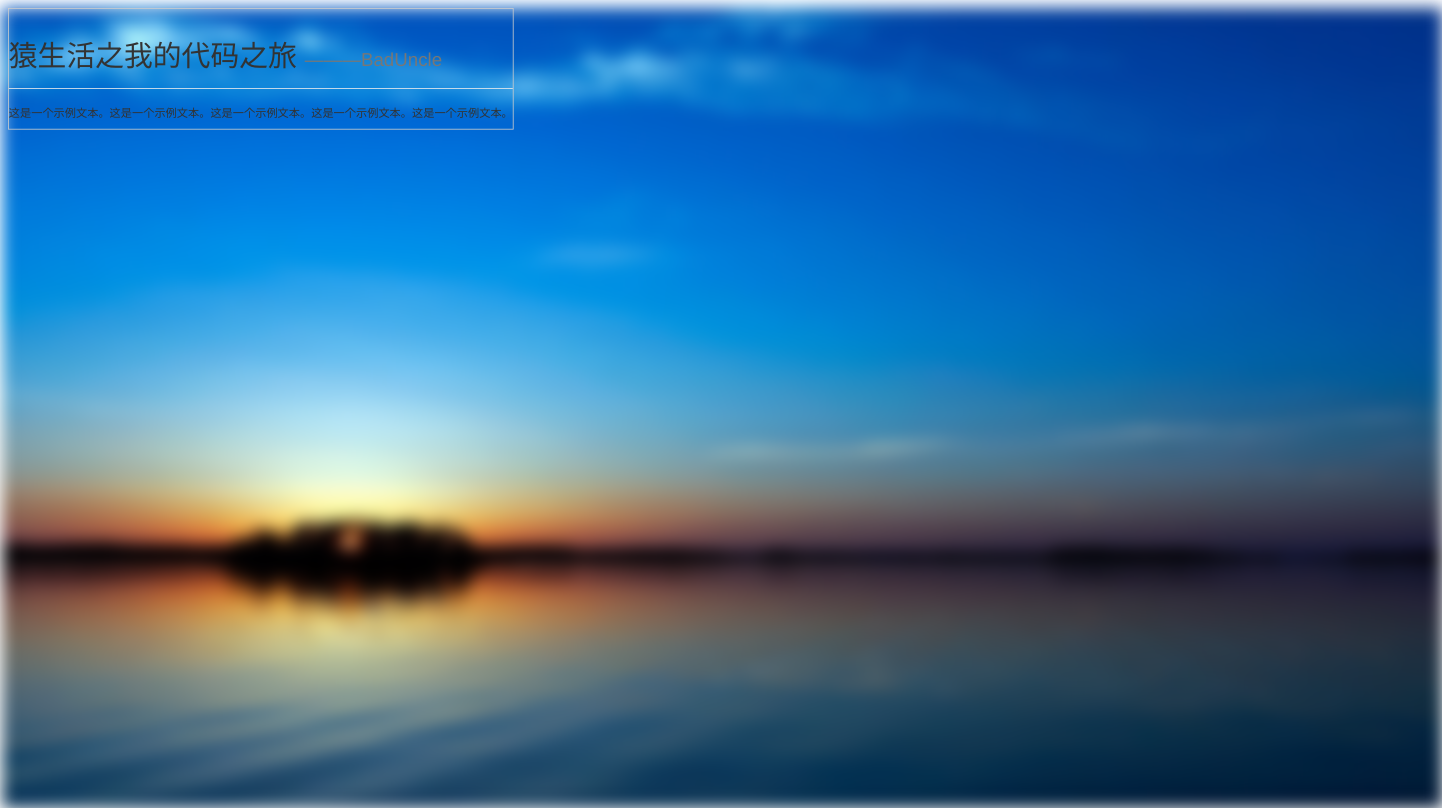
Repository: lidasi/monkeyLife
Page: http://localhost/monkeyLife/jsp/infopage.jsp
The author's editor kept a copy of each file at every save. The page is drawn from the files as they stood at one save, then again after the next save.
The browser window is 1280 px wide. The page is 1803 px wide, so the pictures cover 1803 px, including what lies to the right of the window. The pictures show the whole page, at 80% of full size.
The page is served by Tomcat 9.

Above is the page before, as saved 2017-07-13 07:57:17.

### workSpeaces/monkeyLife/WebContent/jsp/infopage.jsp
<%@ page language="java" contentType="text/html; charset=UTF-8"
    pageEncoding="UTF-8"%>
<!DOCTYPE html PUBLIC "-//W3C//DTD HTML 4.01 Transitional//EN" "http://www.w3.org/TR/html4/loose.dtd">
<html>
<head>
<meta http-equiv="Content-Type" content="text/html; charset=UTF-8">
<link rel="stylesheet" type="text/css" media="screen" href="../ui/bootstrap/css/bootstrap.min.css">
<link rel="stylesheet" type="text/css" media="screen" href="../css/info.css">
<script type="text/javascript" src="../js/jquery-1.10.2.min.js"></script>
<script type="text/javascript">
        $(function(){
        	 var height = 1000;
             var width = 1800;
             $("#infoImage").height(height).width(width);

        });
    </script>
<title>infoPage</title>
</head>
<body>
	<div id="infoRelative">
		<div id="infoImage"></div>
	</div>
	<div id="content">
		<div class="page-header">
		    <h1>猿生活之我的代码之旅
		        <small>———BadUncle</small>
		    </h1>
		</div>
		<p>这是一个示例文本。这是一个示例文本。这是一个示例文本。这是一个示例文本。这是一个示例文本。</p>
	</div>

</body>
</html>

### workSpeaces/monkeyLife/WebContent/css/info.css
@CHARSET "UTF-8";
#infoRelative{position:relative;
	width:100%;
	height:100%}
#infoImage{
	position:absolute;
	left:3px;
	top:10px;
/*    border: 1px solid #CCCCCC;
    padding:90px 5px 10px;*/
    background: url("../image/dock/infoImage_001.jpg") no-repeat;
    background-size: cover;
    -webkit-filter: blur(10px);
    -ms-filter: blur(10px);
    filter: progid:DXImageTransform.Microsoft.Blur(PixelRadius=10, MakeShadow=false);
    animation:mymove 5s infinite;
    -webkit-animation:mymove 5s infinite;
}
 @keyframes mymove
{
    0%   {top:10px; background:url("../image/dock/infoImage_001.jpg"); position:absolute;}
    50% {top:10px; background:url("../image/dock/infoImage_002.jpg"); position:absolute;}
    100% {top:10px; background:url("../image/dock/infoImage_001.jpg"); position:absolute;}
}

@-webkit-keyframes mymove
{
    0%   {top:0px; background:url("../image/dock/infoImage_001.jpg" position:absolute;);
    }
    50%   {top:0px; background:url("../image/dock/infoImage_002.jpg" position:absolute;);
    }
    100% {top:0px; background:url("../image/dock/infoImage_001.jpg" position:absolute;);
    }
}

#content {position:absolute;
	left:10px;
	top:10px;
	border: 1px solid #CCCCCC;
	}

Loaded but not shown: workSpeaces/monkeyLife/WebContent/ui/bootstrap/css/bootstrap.min.css (library); workSpeaces/monkeyLife/WebContent/js/jquery-1.10.2.min.js (library)

After the next save:
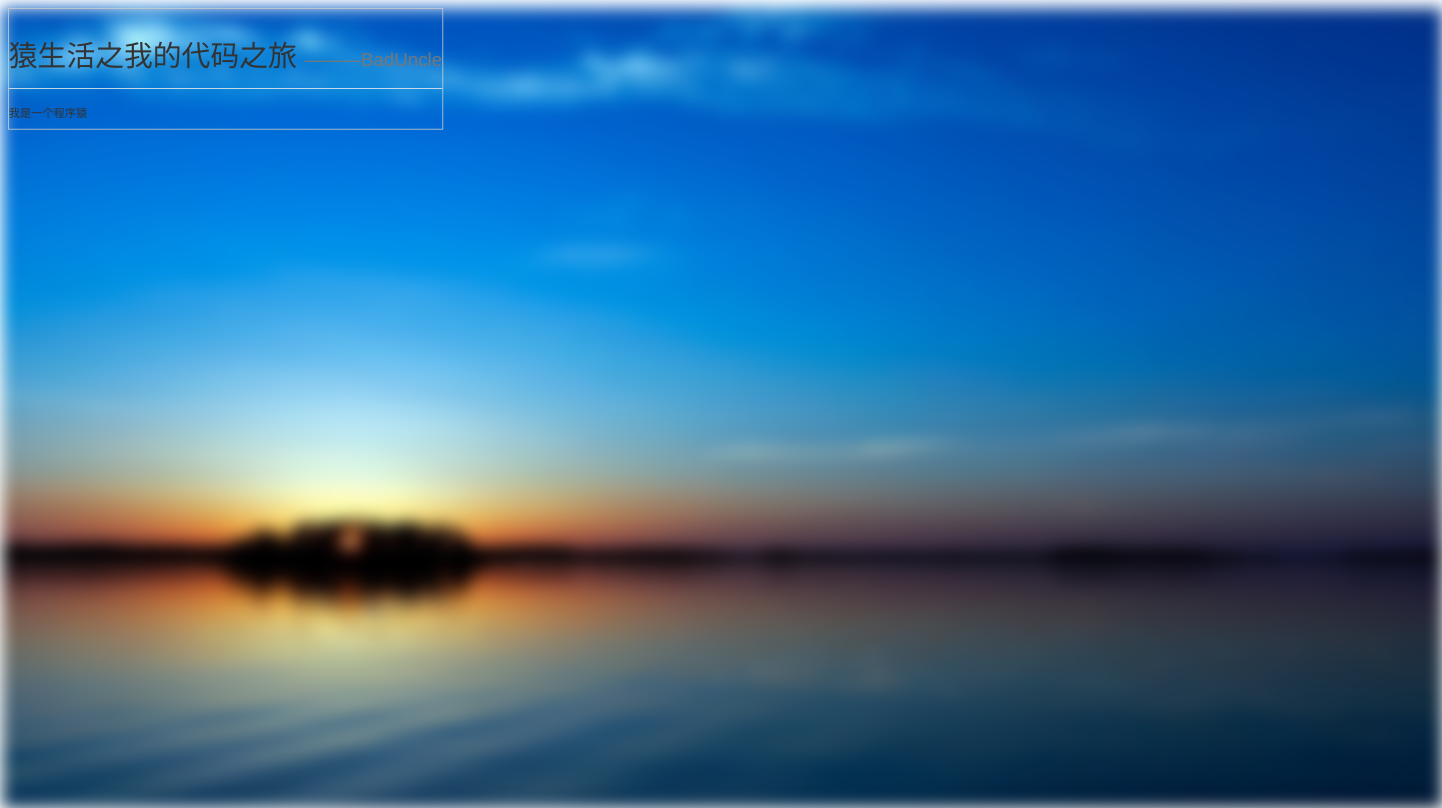
Saved 27 s later.
--- a/workSpeaces/monkeyLife/WebContent/jsp/infopage.jsp
+++ b/workSpeaces/monkeyLife/WebContent/jsp/infopage.jsp
@@ -27,7 +27,7 @@
 		        <small>———BadUncle</small>
 		    </h1>
 		</div>
-		<p>这是一个示例文本。这是一个示例文本。这是一个示例文本。这是一个示例文本。这是一个示例文本。</p>
+		<p>我是一个程序猿</p>
 	</div>
 
 </body>
